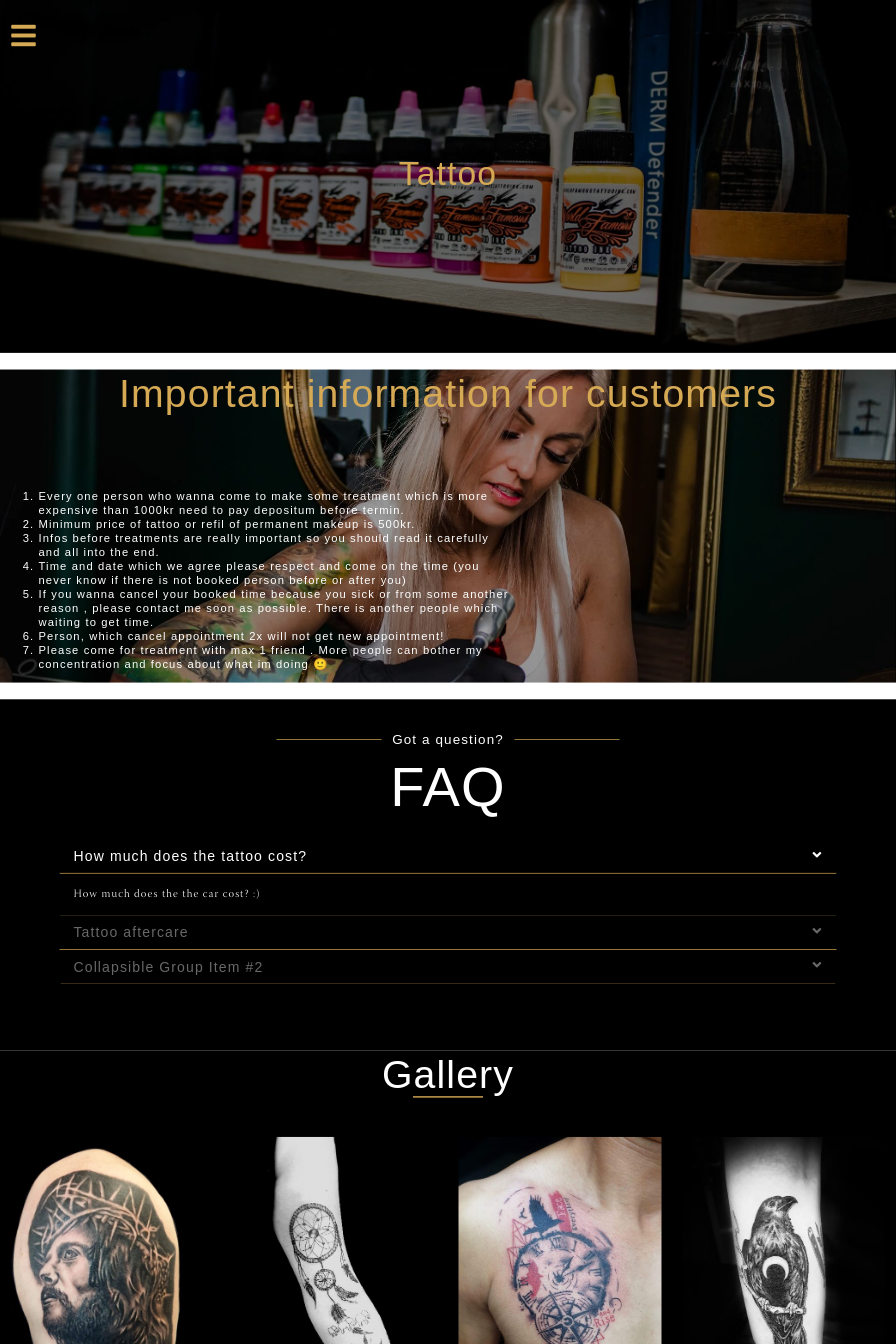
Repository: Spreceriany/TattooWeb
Page: tattoo-en.html
An editor plug-in stored every save of this project. The page is shown before and after the next save, followed by the edit.
The browser window is 1280 px wide. The pictures show the part of the page from y = 0 to 1920 px (the page is 3272 px tall), at 70% of full size.
Backgrounds fixed to the window are drawn as part of the page. Some web fonts or font styles are not loaded; a fallback is used. Some web libraries are served in a nearby version.

Above is the page before, as saved 2020-04-23 18:56:49.
Console error: TypeError: Cannot read properties of null (reading 'addEventListener')

After the next save:
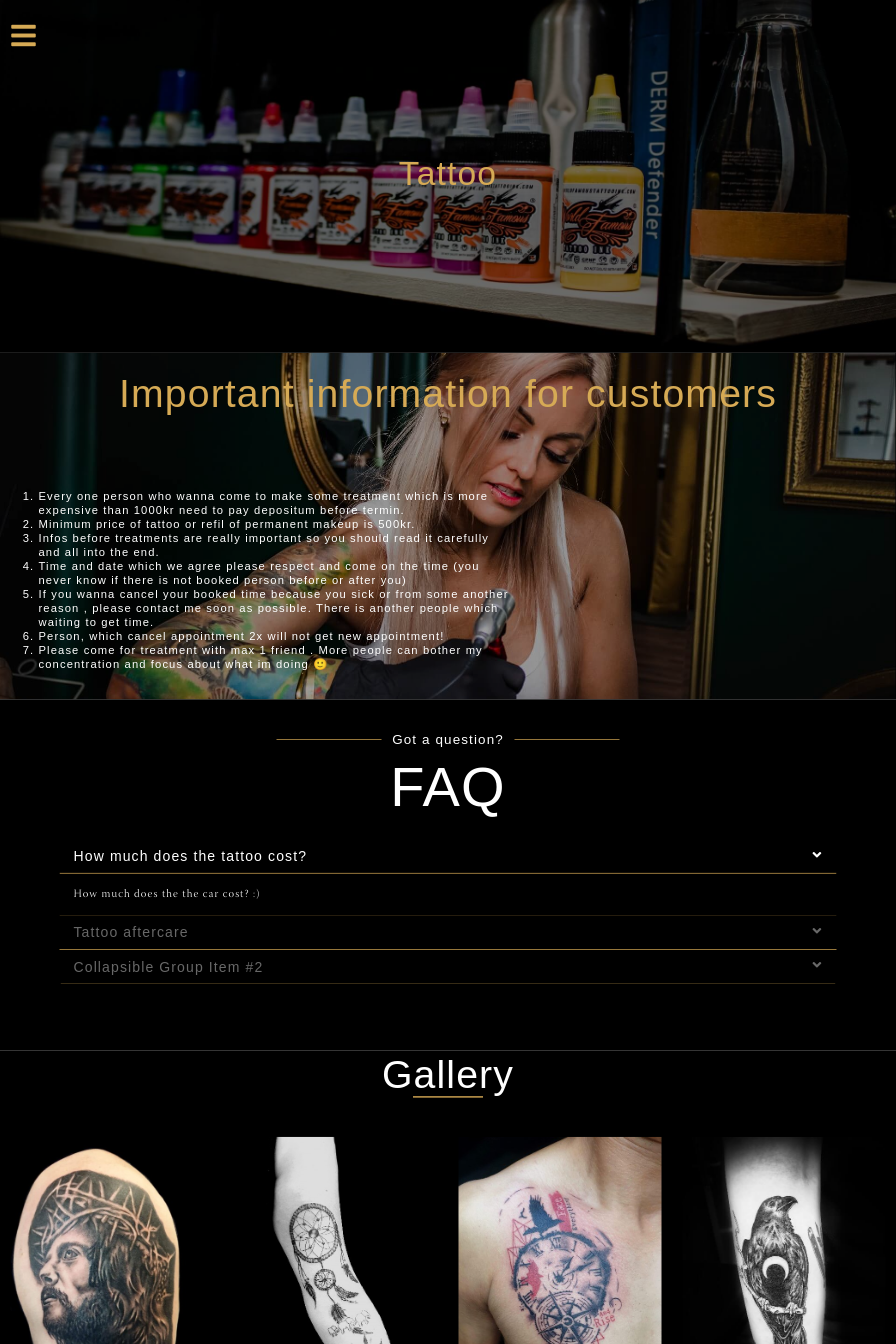
Saved 6 s later.
--- a/tattoo-en.html
+++ b/tattoo-en.html
@@ -73,7 +73,7 @@
 
 </div>
 <div style="overflow-x:hidden; position:relative">
-  <div class="container-fluid tattoo-uvod my-4">
+  <div class="container-fluid tattoo-uvod py-4">
     <h2 class="gold  text-center display-4 ">Important information for customers</h2>
     <div class="row pt-5">
       <div class="col-7 pt-5 ">
